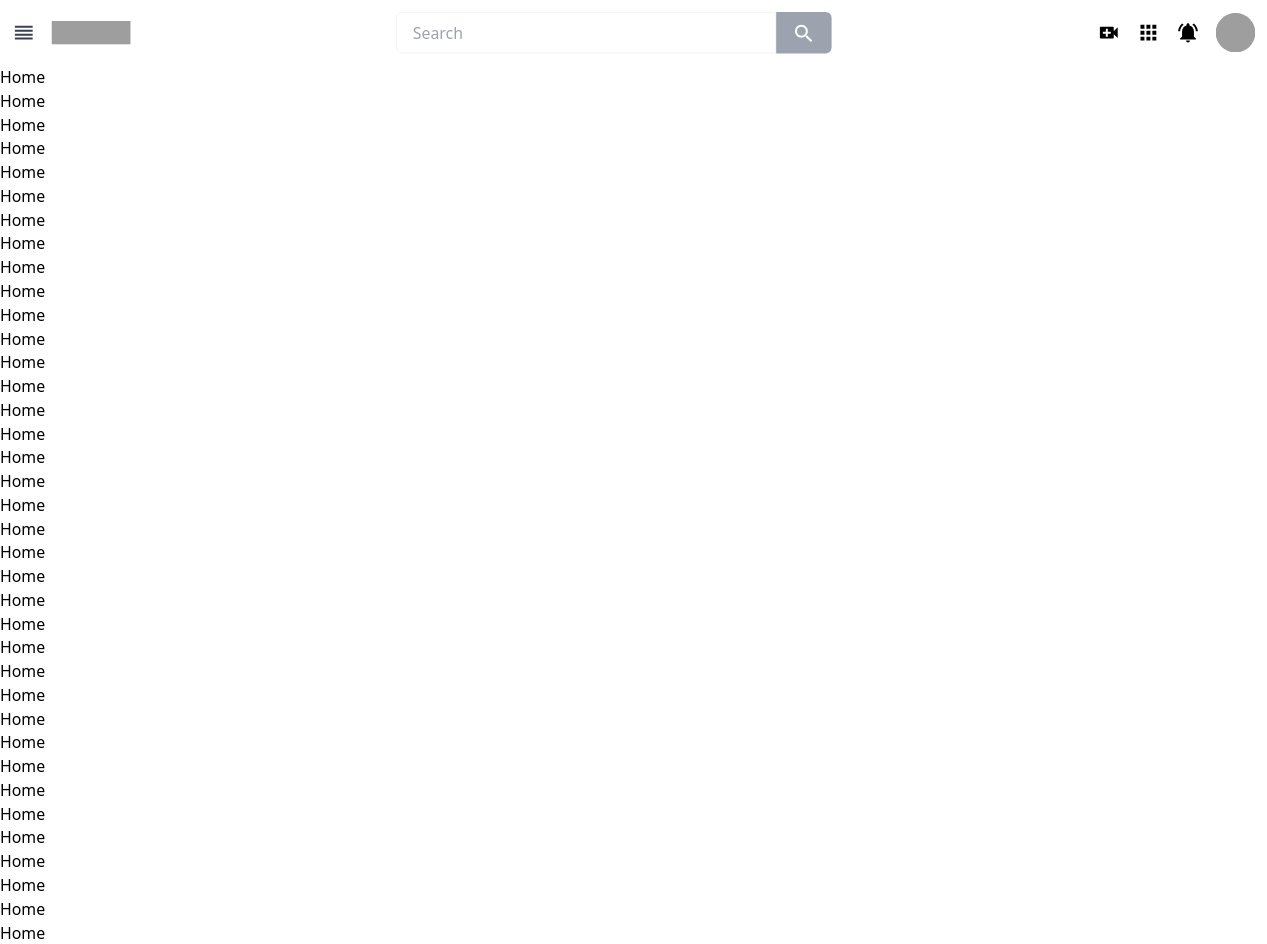
Repository: Shamraiz761/Youtube-clone
Page: /
The author's editor kept a copy of each file at every save. The page is drawn from the files as they stood at one save, then again after the next save.
The browser window is 1280 px wide. The pictures show the whole page, at 99% of full size.
Pictures or frames that could not be fetched are drawn as grey boxes. The project was rebuilt for these pictures with package versions that can differ from the ones it lists, and the page was loaded fresh each time. Also part of the build but not shown: vite.config.js.

Above is the page before, as saved 2024-01-19 19:53:18.

After the next save:
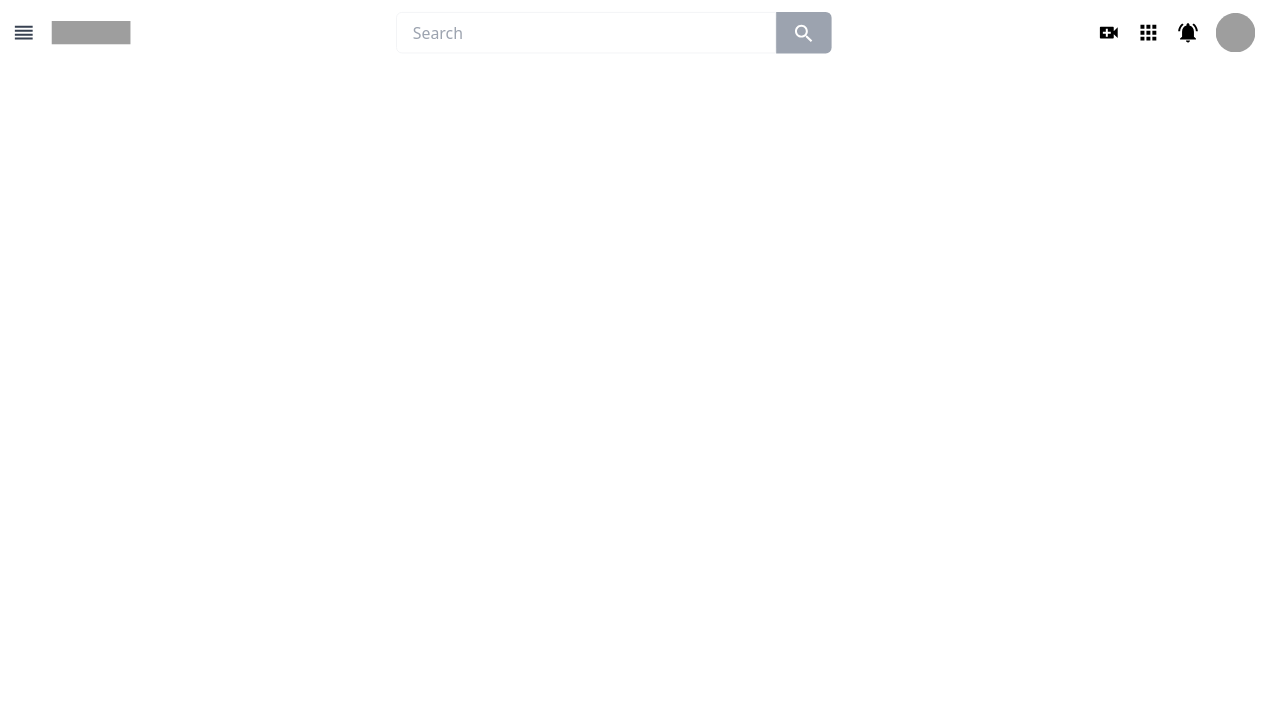
Saved 40 s later.
--- a/src/App.jsx
+++ b/src/App.jsx
@@ -6,43 +6,7 @@
   return (
    <div>
     <Navbar />
-    <h1>Home</h1>
-    <h1>Home</h1>
-    <h1>Home</h1>
-    <h1>Home</h1>
-    <h1>Home</h1>
-    <h1>Home</h1>
-    <h1>Home</h1>
-    <h1>Home</h1>
-    <h1>Home</h1>
-    <h1>Home</h1>
-    <h1>Home</h1>
-    <h1>Home</h1>
-    <h1>Home</h1>
-    <h1>Home</h1>
-    <h1>Home</h1>
-    <h1>Home</h1>
-    <h1>Home</h1>
-    <h1>Home</h1>
-    <h1>Home</h1>
-    <h1>Home</h1>
-    <h1>Home</h1>
-    <h1>Home</h1>
-    <h1>Home</h1>
-    <h1>Home</h1>
-    <h1>Home</h1>
-    <h1>Home</h1>
-    <h1>Home</h1>
-    <h1>Home</h1>
-    <h1>Home</h1>
-    <h1>Home</h1>
-    <h1>Home</h1>
-    <h1>Home</h1>
-    <h1>Home</h1>
-    <h1>Home</h1>
-    <h1>Home</h1>
-    <h1>Home</h1>
-    <h1>Home</h1>
+
 
    </div>
   )
